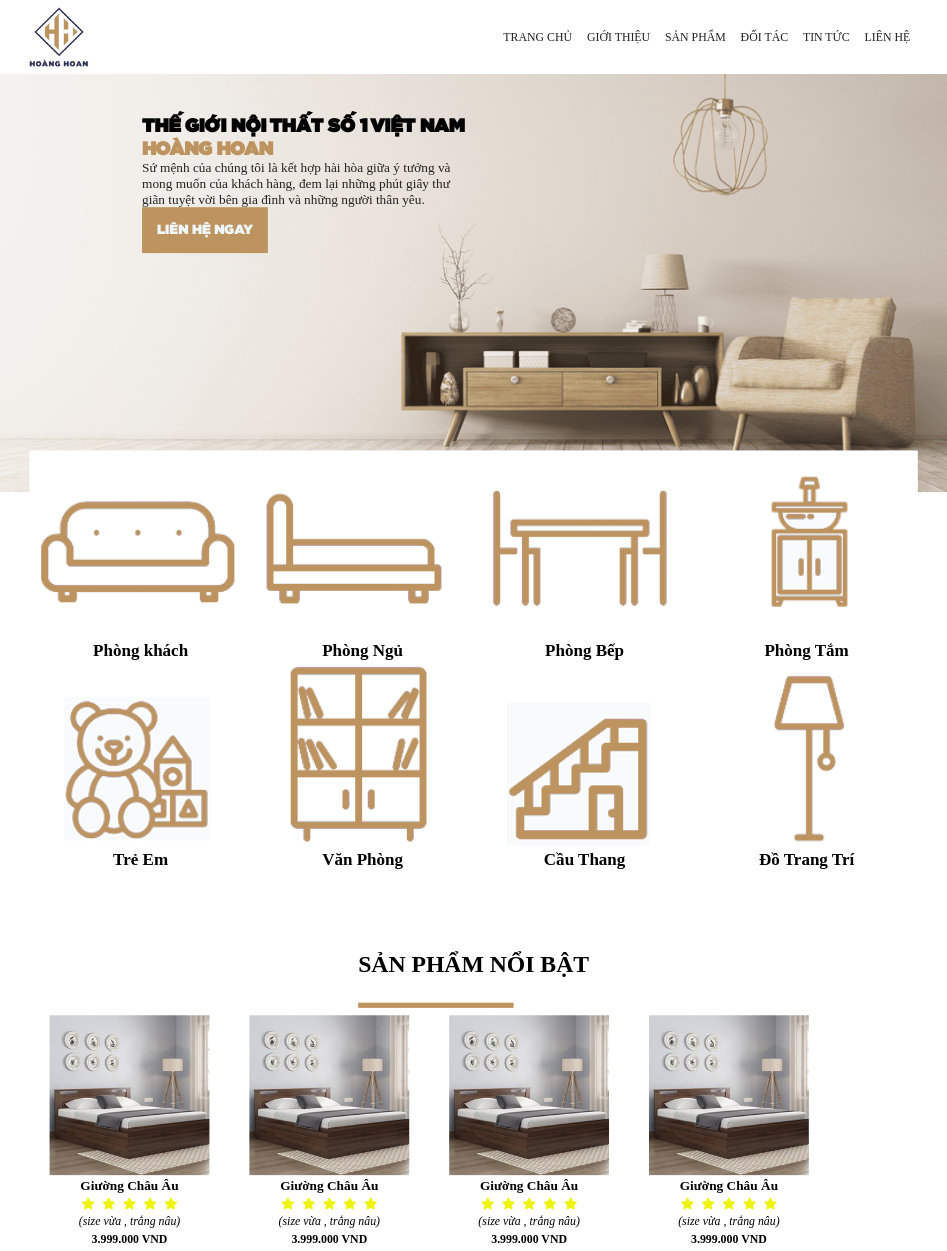
Repository: LDDUNG2003/front_end
Page: index.html
The author's editor kept a copy of each file at every save. The page is drawn from the files as they stood at one save, then again after the next save.
The browser window is 1280 px wide. The pictures show the whole page, at 74% of full size.
Some web libraries are served in a nearby version.

Above is the page before, as saved 2023-08-28 23:06:20.

### index.html
<!DOCTYPE html>
<html lang="en">

<head>
    <meta charset="UTF-8">
    <meta name="viewport" content="width=device-width, initial-scale=1.0">
    <title>Document</title>
    <link rel="stylesheet" href="./public/css/base.css">
    <link rel="stylesheet" href="./public/css/home.css">
    <script src="https://kit.fontawesome.com/9ffed7d99e.js" crossorigin="anonymous"></script>
</head>

<body>
    <div class="main">
        <div class="header">
            <div class="navBar">
                <img src="./public/img/logo.png" alt="logo" class="logo">
                <ul class="navBar__list">
                    <li class="navBar__list-item"><a href="" class="navBar__list--link">trang chủ</a></li>
                    <li class="navBar__list-item">
                        <a href="" class="navBar__list--link">giới thiệu</a>
                    </li>
                    <li class="navBar__list-item">
                        <a href="" class="navBar__list--link">sản phẩm</a>
                    </li>
                    <li class="navBar__list-item">
                        <a href="" class="navBar__list--link">đối tác</a>
                    </li>
                    <li class="navBar__list-item">
                        <a href="" class="navBar__list--link">tin tức</a>
                    </li>
                    <li class="navBar__list-item">
                        <a href="" class="navBar__list--link">liên hệ</a>
                    </li>
                </ul>
            </div>
        </div>
        <div class="content">
            <div class="content__banner">
                <div class="content--list-image">
                    <img class="content--image" src="./public/img/banner.png" alt="">
                </div>
                <div class="banner--content">
                    <h2 class="banner--content-text-title">THẾ GIỚI NỘI THẤT SỐ 1 VIỆT NAM</h2>
                    <h2 class="banner--content-text-title" style="color: var(--primary-color)">hoàng hoan</h2>
                    <p class="banner--content-text">Sứ mệnh của chúng tôi là kết hợp hài hòa giữa ý tưởng và mong muốn của khách hàng, đem lại những phút giây thư giãn tuyệt vời bên gia đình và những người thân yêu.</p>
                    <button class="banner--button">LIÊN HỆ NGAY</button>
                </div>
            </div>
            <div class="content__focut">
                <ul class="focut--list">
                    <li class="focut--item">
                        <img src="./public/img/product/icon-phong-khach.png" alt="" class="focut--img">
                        <h6 class="focut--text">Phòng khách</h6>
                    </li>
                    <li class="focut--item">
                        <img src="./public/img/product/icon-phong-ngu.png" alt="" class="focut--img">
                        <h6 class="focut--text">Phòng Ngủ</h6>
                    </li>
                    <li class="focut--item">
                        <img src="./public/img/product/icon-phong-bep.png" alt="" class="focut--img">
                        <h6 class="focut--text">Phòng Bếp</h6>
                    </li>
                    <li class="focut--item">
                        <img src="./public/img/product/icon-phong-tam.png" alt="" class="focut--img">
                        <h6 class="focut--text">Phòng Tắm</h6>
                    </li>
                    <li class="focut--item">
                        <img src="./public/img/product/icon-tre-em.png" alt="" class="focut--img">
                        <h6 class="focut--text">Trẻ Em</h6>
                    </li>
                    <li class="focut--item">
                        <img src="./public/img/product/icon-van-phong.png" alt="" class="focut--img">
                        <h6 class="focut--text">Văn Phòng</h6>
                    </li>
                    <li class="focut--item">
                        <img src="./public/img/product/icon-cau-thang.png" alt="" class="focut--img">
                        <h6 class="focut--text">Cầu Thang</h6>
                    </li>
                    <li class="focut--item">
                        <img src="./public/img/product/icon-do-trang-tri.png" alt="" class="focut--img">
                        <h6 class="focut--text">Đồ Trang Trí</h6>
                    </li>
                </ul>
            </div>
            <div class="content__featured">
                <h2 class="content--title">SẢN PHẨM NỔI BẬT</h2>
                <ul class="featured--list">
                    <li class="featured--item">
                        <img src="./public/img/featured/giuong-ngu.png" alt="" class="featured--img">
                        <div class="featured--content">
                            <h5 class="featured-name">Giường Châu Âu</h5>
                            <ul class="evaluate--list">
                                <li><i class="fa-solid fa-star" style="color: #eff312;"></i></li>
                                <li><i class="fa-solid fa-star" style="color: #eff312;"></i></li>
                                <li><i class="fa-solid fa-star" style="color: #eff312;"></i></li>
                                <li><i class="fa-solid fa-star" style="color: #eff312;"></i></li>
                                <li><i class="fa-solid fa-star" style="color: #eff312;"></i></li>
                            </ul>
                            <i class="note-product">(size vừa , trắng nâu)</i>
                            <p class="price-product">3.999.000 VND</p>
                        </div>
                    </li>
                    <li class="featured--item">
                        <img src="./public/img/featured/giuong-ngu.png" alt="" class="featured--img">
                        <div class="featured--content">
                            <h5 class="featured-name">Giường Châu Âu</h5>
                            <ul class="evaluate--list">
                                <li><i class="fa-solid fa-star" style="color: #eff312;"></i></li>
                                <li><i class="fa-solid fa-star" style="color: #eff312;"></i></li>
                                <li><i class="fa-solid fa-star" style="color: #eff312;"></i></li>
                                <li><i class="fa-solid fa-star" style="color: #eff312;"></i></li>
                                <li><i class="fa-solid fa-star" style="color: #eff312;"></i></li>
                            </ul>
                            <i class="note-product">(size vừa , trắng nâu)</i>
                            <p class="price-product">3.999.000 VND</p>
                        </div>
                    </li>
                    <li class="featured--item">
                        <img src="./public/img/featured/giuong-ngu.png" alt="" class="featured--img">
                        <div class="featured--content">
                            <h5 class="featured-name">Giường Châu Âu</h5>
                            <ul class="evaluate--list">
                                <li><i class="fa-solid fa-star" style="color: #eff312;"></i></li>
                                <li><i class="fa-solid fa-star" style="color: #eff312;"></i></li>
                                <li><i class="fa-solid fa-star" style="color: #eff312;"></i></li>
                                <li><i class="fa-solid fa-star" style="color: #eff312;"></i></li>
                                <li><i class="fa-solid fa-star" style="color: #eff312;"></i></li>
                            </ul>
                            <i class="note-product">(size vừa , trắng nâu)</i>
                            <p class="price-product">3.999.000 VND</p>
                        </div>
                    </li>
                    <li class="featured--item">
                        <img src="./public/img/featured/giuong-ngu.png" alt="" class="featured--img">
                        <div class="featured--content">
                            <h5 class="featured-name">Giường Châu Âu</h5>
                            <ul class="evaluate--list">
                                <li><i class="fa-solid fa-star" style="color: #eff312;"></i></li>
                                <li><i class="fa-solid fa-star" style="color: #eff312;"></i></li>
                                <li><i class="fa-solid fa-star" style="color: #eff312;"></i></li>
                                <li><i class="fa-solid fa-star" style="color: #eff312;"></i></li>
                                <li><i class="fa-solid fa-star" style="color: #eff312;"></i></li>
                            </ul>
                            <i class="note-product">(size vừa , trắng nâu)</i>
                            <p class="price-product">3.999.000 VND</p>
                        </div>
                    </li>
                </ul>
            </div>
        </div>
        <div class="footer"></div>
</body>

</html>

### public/css/base.css
* {
    padding: 0px;
    margin: 0px;
}

:root {
    --primary-color: #bd945f;
    --text-color: #222222;
}


/* font setting */

@font-face {
    font-family: "gotham-family";
    src: url(../front/Gotham-Medium.otf);
    font-family: "gotham-linear";
    src: url(../front/Gotham-Thin.otf);
    font-family: "gotham-utral";
    src: url(../front/Gotham-Ultra.otf);
}

* {
    font-family: "gotham-family";
}

.main {
    width: 100%;
}

.header {
    padding: 10px 0px;
    margin: auto;
    width: 100%;
    max-width: 1200px;
}

.navBar {
    display: flex;
    width: 100%;
    justify-content: space-between;
}

.logo {
    height: 80px;
}

.navBar__list {
    display: flex;
    list-style: none;
    align-items: center;
}

.navBar__list-item {
    margin: 0 10px;
}

.navBar__list--link {
    text-transform: uppercase;
    font-size: 16px;
    color: var(--text-color);
    text-decoration: none;
}

.featured--content {}

.featured-name {
    font-size: 18px;
    text-transform: capitalize;
}

.evaluate--list {
    list-style: none;
    display: flex;
    justify-content: center;
}

.evaluate--list li {
    padding: 5px;
    margin: 0;
}

.note-product {}

.price-product {
    padding: 7px 0px;
    font-weight: 800;
    font-size: 16px;
}

### public/css/home.css
.content {
    width: 100%;
    max-width: 1500px;
    margin: auto;
}

.content__banner {
    width: 100%;
    position: relative;
}

.content--list-image {
    width: 100%;
    max-width: 1500px;
    margin: auto;
}

.content--image {
    width: 100%;
}

.banner--content {
    position: absolute;
    top: 10%;
    left: 15%;
}

.banner--content-text-title {
    text-transform: uppercase;
    font-family: 800;
    font-family: "gotham-utral";
    font-size: 25px;
}

.banner--content-text {
    font-size: 18px;
    color: var(--text-color);
    width: 420px;
}

.banner--button {
    padding: 20px;
    color: aliceblue;
    background-color: var(--primary-color);
    border: none;
    font-family: "gotham-utral";
    font-size: 18px;
    cursor: pointer;
}

.content__focut {
    position: relative;
    background-color: #ffffff;
    top: -60px;
    max-width: 1200px;
    width: 100%;
    margin: auto;
}

.focut--list {
    margin: auto;
    display: flex;
    width: 100%;
    list-style: none;
    flex-wrap: wrap;
}

.focut--item {
    width: 25%;
    text-align: center;
}

.focut--img {
    width: 100%;
}

.focut--text {
    text-align: center;
    font-size: 23px;
}

.content--title {
    font-size: 32px;
    padding: 50px 0px;
    text-align: center;
    position: relative;
}

.content--title::before {
    content: '';
    background-color: var(--primary-color);
    width: 210px;
    height: 7px;
    position: absolute;
    bottom: 10px;
}

.content__featured {
    width: 100%;
    max-width: 1200px;
    margin: auto;
}

.featured--list {
    width: 100%;
    list-style: none;
    display: flex;
    text-align: center;
}

.featured--item {}

.featured--img {
    width: 80%;
}

After the next save:
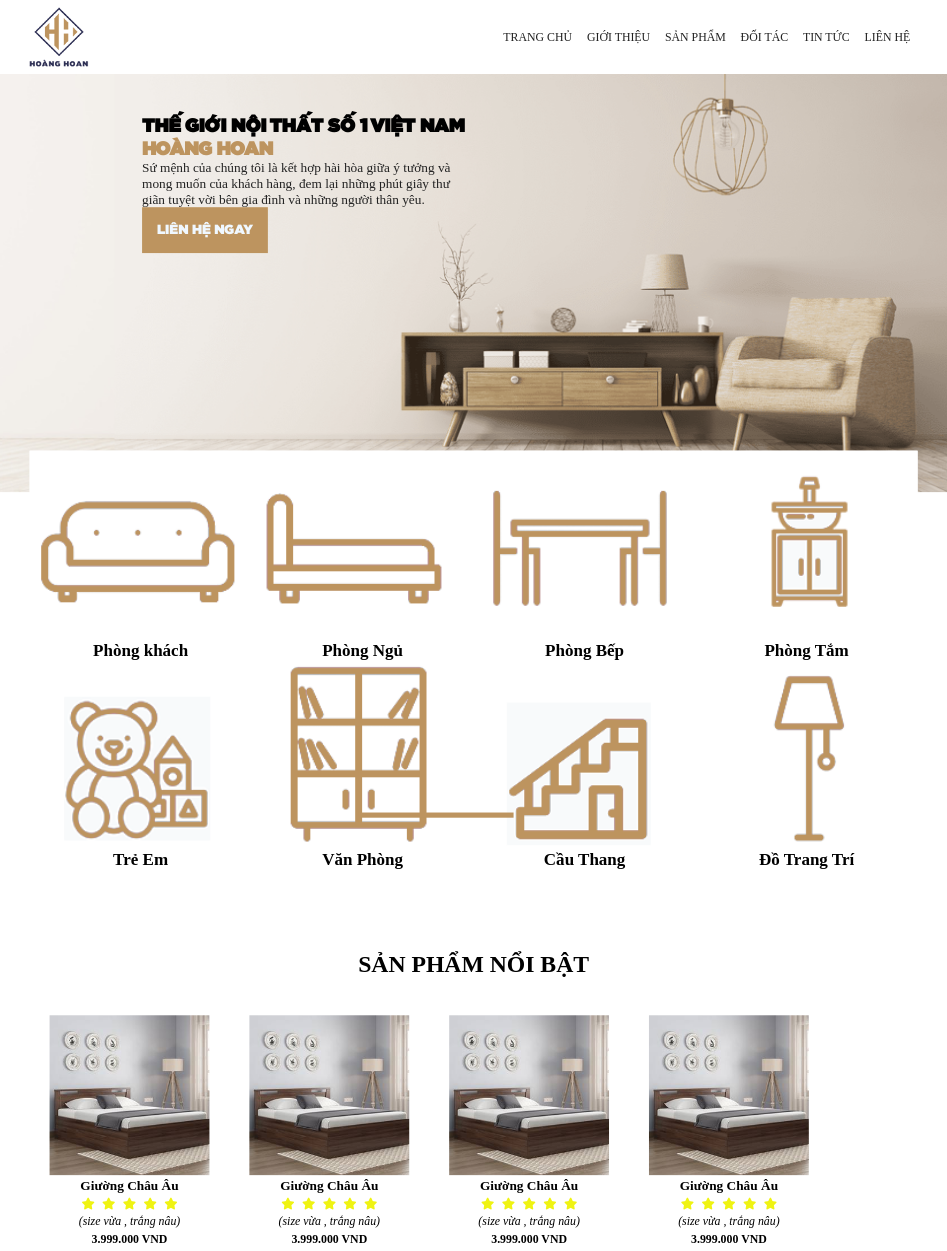
Saved 12 s later.
--- a/public/css/home.css
+++ b/public/css/home.css
@@ -92,7 +92,7 @@
     width: 210px;
     height: 7px;
     position: absolute;
-    bottom: 10px;
+    top: -100%;
 }
 
 .content__featured {
